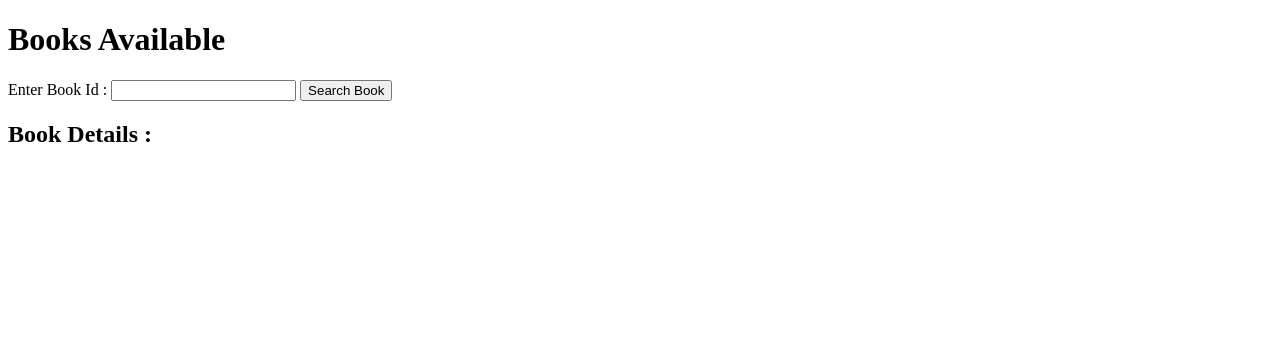
Repository: shriguru-varshini/CarRental
Page: shop/src/main/resources/static/books.html
The author's editor kept a copy of each file at every save. The page is drawn from the files as they stood at one save, then again after the next save.
The browser window is 1280 px wide. The pictures show the whole page.
The page's requests for data from a server got no answer.

Above is the page before, as saved 2025-03-03 06:53:25.

After the next save:
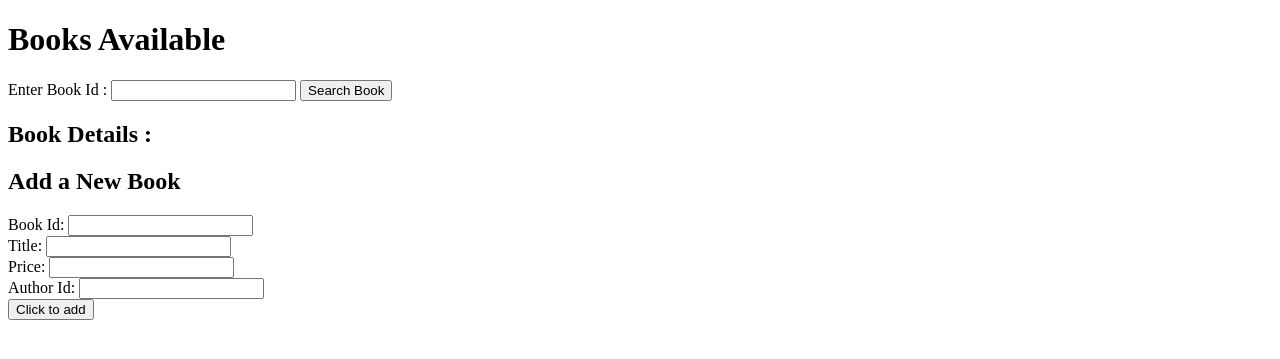
Saved 43 min 5 s later.
--- a/shop/src/main/resources/static/books.html
+++ b/shop/src/main/resources/static/books.html
@@ -1,5 +1,8 @@
 <!DOCTYPE html>
 <html lang="en">
+
+
+
 <head>
 <title>JavaScript Book System</title>
 </head>
@@ -11,20 +14,24 @@
 <button onclick="fetchBookById()">Search Book</button>
 <h2>Book Details :</h2>
 <p id = "bookDetails"></p>
+
+<h2>Add a New Book</h2>
+<label for="newBookId">Book Id:</label>
+<input type="number" id="newBookId"><br>
+<label for="newBookTitle">Title:</label>
+<input type="text" id="newBookTitle"><br>
+<label for="newBookPrice">Price:</label>
+<input type="number" id="newBookPrice"><br>
+<label for="newAuthorId">Author Id:</label>
+<input type="number" id="newAuthorId"><br>
+<button onclick="submitBooks()">Click to add</button>
+
 <script>
 		//fetch books dynamically
-		fetch('/api/books')
-		.then(response => response.json())
-		.then(data => {
-			const list = document.getElementById('bookList');
-			data.forEach(book => {
-				const li = document.createElement('li');
-				li.textContent = `${book.title} having price ${book.price} with author id ${book.authorId}`;
-				list.appendChild(li);
-			})
-		})
-		.catch(error => console.error('Error fetching books data', error));
+
 		//fetch book by id
+
+
 		function fetchBookById(){
 		const bookId = document.getElementById("bookId").value;
 		if(!bookId){
@@ -46,6 +53,69 @@
 			document.getElementById("bookDetails").textContent = "Book Not Found";
 		})
 		}
+// Add a new book
+        function addBook() {
+            const newBookId = document.getElementById("newBookId").value;
+            const newBookTitle = document.getElementById("newBookTitle").value;
+            const newBookPrice = document.getElementById("newBookPrice").value;
+            const newAuthorId = document.getElementById("newAuthorId").value;
+
+            if (!newBookId || !newBookTitle || !newBookPrice || !newAuthorId) {
+                alert("Please fill in all fields");
+                return;
+            }
+
+            const newBook = {
+                id: newBookId,
+                title: newBookTitle,
+                price: newBookPrice,
+                authorId: newAuthorId
+            };
+
+            fetch('/api/books', {
+                method: 'POST',
+                headers: {
+                    'Content-Type': 'application/json'
+                },
+                body: JSON.stringify(newBook)
+            })
+            .then(response => {
+                if (!response.ok) {
+                    throw new Error("Failed to add book");
+                }
+                return response.json();
+            })
+            .then(data => {
+                alert("Book added successfully");
+                // Optionally, update the book list dynamically
+                const list = document.getElementById('bookList');
+                const li = document.createElement('li');
+                li.textContent = `${data.title} having price ${data.price} with author id ${data.authorId}`;
+                list.appendChild(li);
+            })
+            .catch(error => {
+                console.error('Error adding book:', error);
+                alert("Error adding book");
+            });
+        }
+
+        // Submit books (dummy function for demonstration)
+        function submitBooks() {
+            alert("Books submitted successfully");
+        }
+
+
+		fetch('/api/books')
+		.then(response => response.json())
+		.then(data => {
+			const list = document.getElementById('bookList');
+			data.forEach(book => {
+				const li = document.createElement('li');
+				li.textContent = `${book.title} having price ${book.price} with author id ${book.authorId}`;
+				list.appendChild(li);
+			})
+		})
+		.catch(error => console.error('Error fetching books data', error));
 </script>
 </body>
 </html>
